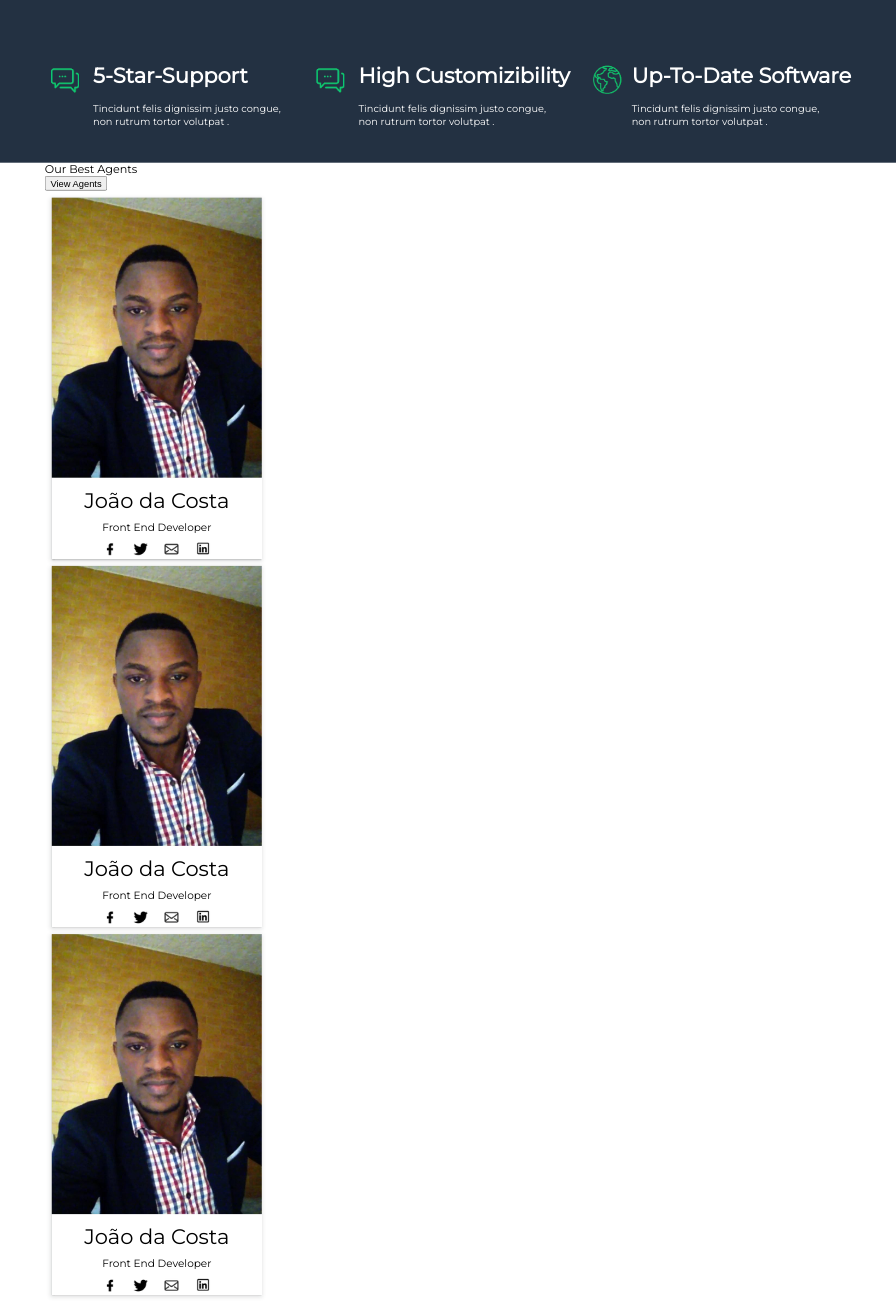
Repository: Yowani24/Real-Estate2
Page: index.html
These files come from the project's save history. The page is drawn as it stood at one moment and after the next save; the edit follows.
The browser window is 1280 px wide. The pictures show the part of the page from y = 1529 to 3449 px (the page is 3389 px tall before and 3449 px after), at 70% of full size.
Some web fonts or font styles are not loaded; a fallback is used.

Above is the page before, as saved 2021-08-27 15:20:38.

### index.html
<!DOCTYPE html>
<html lang="en">
<head>
    <meta charset="UTF-8">
    <meta http-equiv="X-UA-Compatible" content="IE=edge">
    <meta name="viewport" content="width=device-width, initial-scale=1.0">
    <title>Real State</title>
    <link rel="stylesheet" href="styles.css">

    <!-- ============FONT-FAMILY============== -->
    <link rel="preconnect" href="https://fonts.googleapis.com">
    <link rel="preconnect" href="https://fonts.gstatic.com" crossorigin>
    <link href="https://fonts.googleapis.com/css2?family=Montserrat&family=Rozha+One&display=swap" rel="stylesheet">

    <!-- ======================VUELS CDN=================== -->
    <script src="https://cdn.jsdelivr.net/npm/vue@2"></script>

</head>
<body>
    <Header>
        <div class="interface_wrapper header_wrapper">
            <div class="logo_box">
                <img src="/images/realLogo.png" alt="">
                <p><span>Real</span> Estate</p>
            </div>

            <div class="menu">
                <nav>
                    <ul>
                        <li><a href="#">Home</a></li>
                        <li><a href="#">About</a></li>
                        <li><a href="#">Agents</a></li>
                        <li><a href="#">Price</a></li>
                        <li><a href="#">Blog</a></li>
                    </ul>
                </nav>
            </div>
        </div>
    </Header>

    <section class="showcase_sec">
        <div class="interface_wrapper showcase">
            <p>Give Life For Your <br/>Dream <span>Home</span></p>
            <p>Always on the lookout for the hi-tech advancements.  Build not only a product that can sell well, but a platform through which to deliver it.</p>

            <div class="btns_box">
                <button>Read more</button>
                <button>Contact Us</button>
            </div>
        </div>
    </section>

    <section class="about_us_sec">
        <div class="interface_wrapper about_us">
            <p><span>About</span> Us</p>
            <p>A modern and unique style </p>

            <div id="app">
                <div v-for="item in items">
                    <img :src="item.ima" alt="">
                    <p>{{item.desc}}</p>
                </div>
            </div>
        </div>
    </section>

    <section class="services_sec">
        <div id="services" class="interface_wrapper services">
            <div class="services_box" v-for="item in items">
                <img :src="item.ima" alt="">
                <div>
                    <p>{{item.titulo}}</p>
                    <p>{{item.desc}}</p>
                </div>
            </div>
        </div>
    </section>

    <section class="best_agents_sec">
        <div class="interface_wrapper best_agents">
            <div id="bestAgents">
                <div>
                    <p>Our Best Agents</p>
                    <button>View Agents</button>
                </div>
                <div class="agents_box" v-for="item in items">
                    <div class="agents_image_box">
                        <img :src="item.ima" alt="">
                    </div>
                    <p>{{item.name}}</p>
                    <p>{{item.office}}</p>
                    <div class="agents_social">
                        <img src="/images/facebook.png" alt="">
                        <img src="/images/twitter.png" alt="">
                        <img src="/images/email.png" alt="">
                        <img src="/images/linkedin.png" alt="">
                    </div>
                </div>
            </div>
        </div>
    </section>



    <script>
        var app = new Vue({
            el: '#app',
            data: {
                items: [
                    {ima:'https://images.unsplash.com/photo-1583231684537-bd79dc887244?ixlib=rb-1.2.1&ixid=MnwxMjA3fDB8MHxwaG90by1yZWxhdGVkfDZ8fHxlbnwwfHx8fA%3D%3D&auto=format&fit=crop&w=500&q=60', desc:'Tomin Villa Denmarkd'},
                    {ima:'https://images.unsplash.com/photo-1613490493576-7fde63acd811?ixlib=rb-1.2.1&ixid=MnwxMjA3fDB8MHxwaG90by1yZWxhdGVkfDV8fHxlbnwwfHx8fA%3D%3D&auto=format&fit=crop&w=500&q=60', desc:'Financial Office Romania'},
                    {ima:'https://images.unsplash.com/photo-1416331108676-a22ccb276e35?ixlib=rb-1.2.1&ixid=MnwxMjA3fDB8MHxwaG90by1yZWxhdGVkfDJ8fHxlbnwwfHx8fA%3D%3D&auto=format&fit=crop&w=500&q=60', desc:'Cruzz Villa Spain'},
                ]
            }
        });

        var app = new Vue({
            el: '#services',
            data: {
                items: [
                    {ima:'/images/SEO_Ready_Code.png', titulo:'SEO Ready Code', desc:'Tincidunt felis dignissim justo congue, non rutrum tortor volutpat .'},
                    {ima:'/images/Fully_Responsive.png', titulo:'Fully Responsive', desc:'Tincidunt felis dignissim justo congue, non rutrum tortor volutpat .'},
                    {ima:'/images/Awesome_Features.png', titulo:'Awesome Features', desc:'Tincidunt felis dignissim justo congue, non rutrum tortor volutpat .'},
                    {ima:'/images/5-Star-Support.png', titulo:'5-Star-Support', desc:'Tincidunt felis dignissim justo congue, non rutrum tortor volutpat .'},
                    {ima:'/images/5-Star-Support.png', titulo:'High Customizibility', desc:'Tincidunt felis dignissim justo congue, non rutrum tortor volutpat .'},
                    {ima:'/images/Up-To-Date Software.png', titulo:'Up-To-Date Software', desc:'Tincidunt felis dignissim justo congue, non rutrum tortor volutpat .'},

                ]
            }
        });

        var app = new Vue({
            el: '#bestAgents',
            data: {
                items: [
                    {ima:'/images//www.jpg', name:'João da Costa', office:'Front End Developer'},
                    {ima:'/images//www.jpg', name:'João da Costa', office:'Front End Developer'},
                    {ima:'/images//www.jpg', name:'João da Costa', office:'Front End Developer'},


                ]
            }
        });

    </script>
</body>
</html>

### styles.css
*{
    margin: 0;
}

body{
    padding: 0;
    top: 0;
    left: 0;
    font-family: 'Montserrat', sans-serif;
}
.interface_wrapper{
    width: 90%;
    margin: 0 auto;
}

/* ======================HEADER======================= */
Header{
    background: rgb(23,34,47);
    color: #FFFFFF;
    padding: 10px 0;

}
.header_wrapper{
    display: flex;
    justify-content: space-between;
    align-items:center;
}
.logo_box{
    display: flex;
    align-items: center;
}
.logo_box p{
    font-size: 40px;
    font-weight: 400;
    font-family: 'Rozha One', serif;

}
.logo_box span{
    color: rgb(10, 199, 117);
}
Header .menu nav ul{
    display: flex;
    padding: 0;
}
Header .menu nav li{
    list-style: none;
    margin: 0 20px;
}
Header .menu nav a{
    text-decoration: none;
    color: #FFFFFF;
    font-size: 19px;

}

/* ======================SHOWCASE_SECTION======================= */
.showcase_sec{
    padding-top: 150px;
    padding-bottom: 100px;
    background-image: url('https://images.unsplash.com/photo-1544890603-cf0ce2d65561?ixlib=rb-1.2.1&ixid=MnwxMjA3fDB8MHxwaG90by1wYWdlfHx8fGVufDB8fHx8&auto=format&fit=crop&w=750&q=80');
    background-repeat: no-repeat;
    background-position: center;
    background-size: cover;
}
.showcase p:nth-child(1) {
    font-size: 85px;
    font-family: 'Rozha One', serif;
    width: 800px;
    border-left: 3px solid rgb(10, 199, 117);
    padding-left: 10px;
    line-height: 1;
    margin: 0 auto;
    color: #FFFFFF;

}
.showcase p:nth-child(1) span {
    color: rgb(10, 199, 117);
}

.showcase p:nth-child(2) {
    font-size: 16px;
    color: rgb(255, 255, 255);
    width: 650px;
    line-height: 2;
    margin-top: 75px;
}

.btns_box{
    margin-top: 40px;
}
.btns_box button {
    border: 2px solid rgb(10, 199, 117);
    padding: 0 45px;
    height: 55px;
    font-size: 16px;
    border-radius: 50px;
    font-weight: 500;
    color: #FFFFFF;
    line-height: 19px;
    cursor: pointer;
}

.btns_box button:nth-child(1) {
    background: rgb(10, 199, 117);
}
.showcase button:nth-child(2) {
    color:#FFFFFF;
    margin-left: 10px;
    background: none;
}


/* ======================ABOUT US======================= */
.about_us_sec{
    padding-bottom: 50px;
}
.about_us {
    display: flex;
    flex-direction: column;
}
.about_us p:nth-child(1) {
    font-size: 40px;
    border-left: 3px solid rgb(10, 199, 117);
    padding-left: 10px;
    margin: 0 auto;
    margin-top: 100px;
    margin-bottom: 10px;

}
.about_us p:nth-child(1) span {
    color: rgb(10, 199, 117);
}

.about_us p:nth-child(2) {
    font-size: 22px;
    font-style: italic;
    text-align: center;
    margin-bottom: 100px;
}

#app{
    display: flex;
    align-items: center;
    justify-content: space-between;
    width: 100%;
}
#app img{
    width: 200px;
    height: 200px;
    border-radius:100%;
}
#app p{
    text-align: center;
    font-size: 25px;
    width: 200px;
    margin: 0 auto;
    margin-top: 20px;
    font-style: normal;
}


/* ======================SERVICES======================= */

.services_sec{
    background: rgb(35, 49, 66);
    color: rgb(255, 255, 255);
}
.services{
    display: flex;
    flex-wrap: wrap;
    justify-content: space-between;
}
.services_box{
    display: flex;
    margin: 50px 0;
    align-items: flex-start;
}
.services_box img{
    margin-right: 10px;
}
.services_box p:nth-child(1){
    font-size: 30px;
    font-weight: bold;
}
.services_box p:nth-child(2){
    font-size: 14px;
    width: 280px;
    margin-top: 20px;
}



/* ======================OUR BEST AGENTS======================= */


.agents_box{
    width: 300px;
    box-shadow: rgba(60, 64, 67, 0.3) 0px 1px 2px 0px,
    rgba(60, 64, 67, 0.15) 0px 2px 6px 2px;
    margin: 10px;
    text-align: center;
}
.agents_box p:nth-child(2){
    font-size: 30px;
    font-weight: 500;
    margin: 10px 0;
}
.agents_box p:nth-child(3){
    font-size: 15px;
    font-weight: 500;
}
.agents_image_box{
    width: 100%;
}
.agents_image_box img{
    width: 100%;
}
.agents_social{
    text-align: center;
    margin: 10px 0;
}
.agents_social img{
    margin: 0 10px;
}

After the next save:
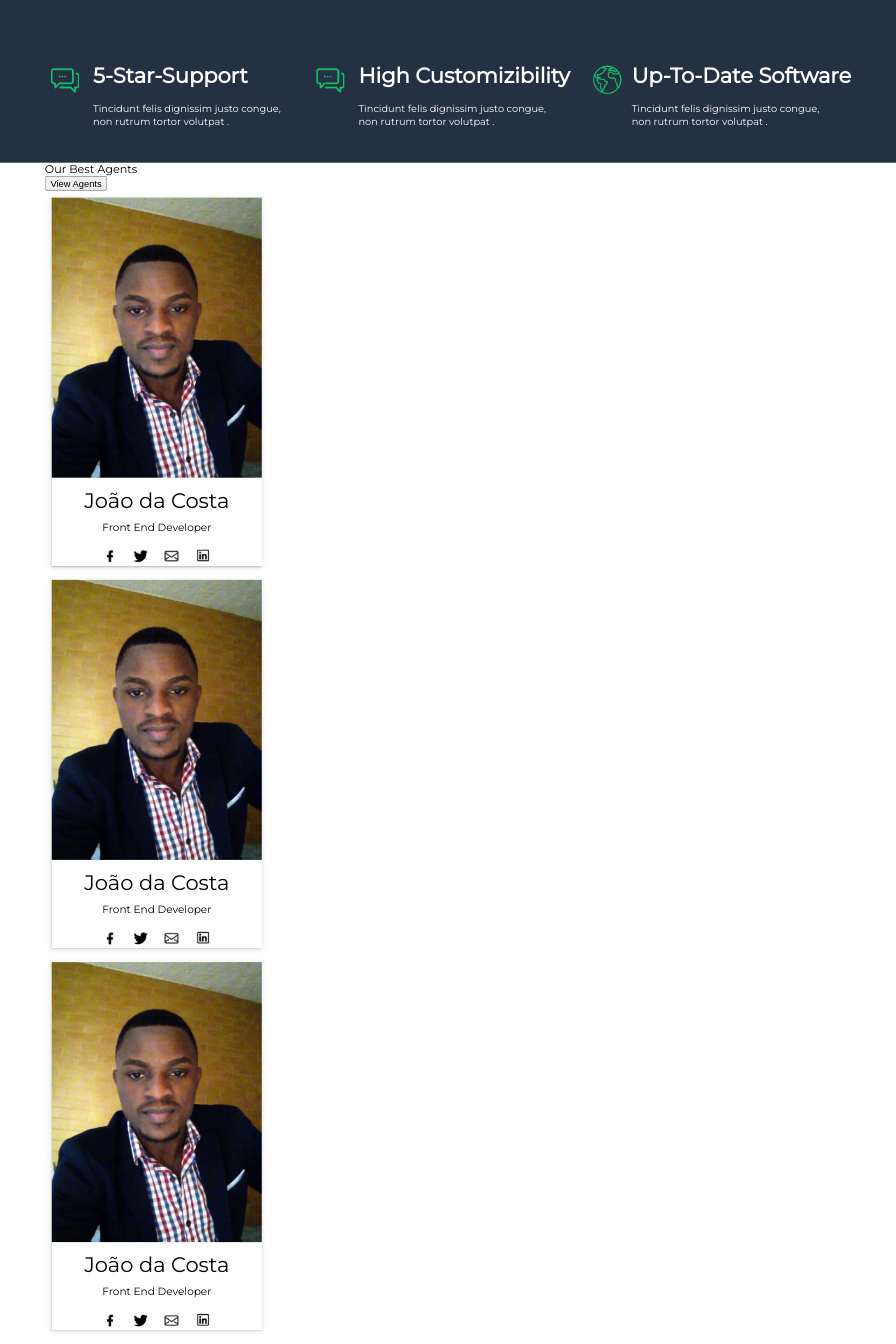
Saved 14 s later.
--- a/styles.css
+++ b/styles.css
@@ -217,7 +217,7 @@ Header .menu nav a{
 }
 .agents_social{
     text-align: center;
-    margin: 10px 0;
+    margin: 20px 0;
 }
 .agents_social img{
     margin: 0 10px;
